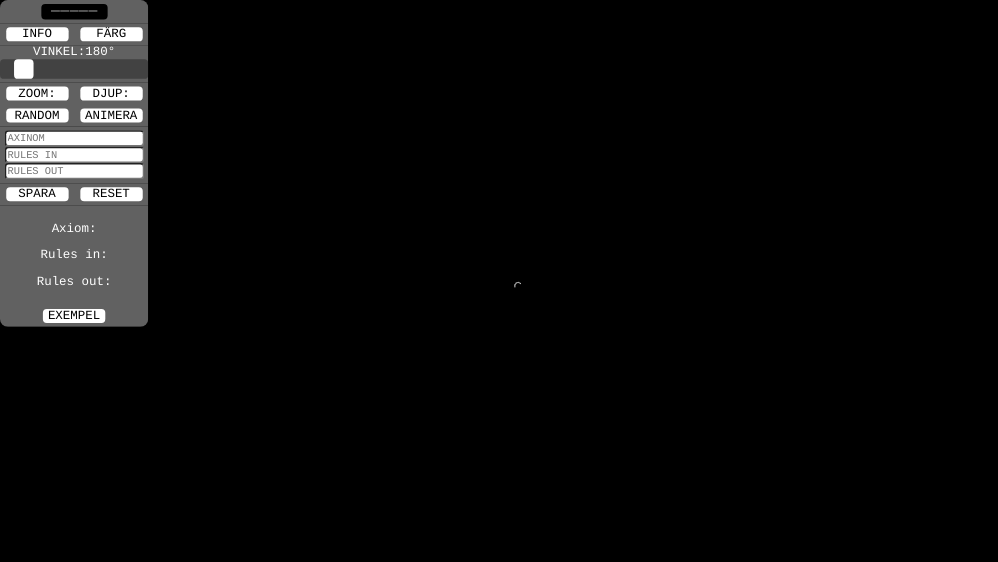
Repository: Gabrielw123/Fraktalgenerator
Page: fraktaler/test/index.html
An editor plug-in stored every save of this project. The page is shown before and after the next save, followed by the edit.
The browser window is 1280 px wide. The pictures show the whole page, at 78% of full size.
Some web libraries are served in a nearby version.

Above is the page before, as saved 2022-01-13 09:59:43.

### fraktaler/test/index.html
<!DOCTYPE html>
<html lang="en">
  <head>
    <meta charset="UTF-8" />
    <meta http-equiv="X-UA-Compatible" content="IE=edge" />
    <meta name="viewport" content="width=device-width, initial-scale=1.0" />
    <link rel="stylesheet" href="style.css" />
    <title>Fraktal Generator</title>
    <script src="https://cdn.jsdelivr.net/npm/p5@1.0.0/lib/p5.js"></script>
    <!--fading-->
    <script
      src="http://ajax.googleapis.com/ajax/libs/jquery/1.7.1/jquery.min.js"
      type="text/javascript"
    ></script>
  </head>
  <body>
    <!--Skapa en canvas-->
    <canvas id="canvas"></canvas>

    <div class="kontroller">
      <div
        style="border-top-left-radius: 10px; border-top-right-radius: 10px"
        onmousedown="return false"
        onselectstart="return false"
        class="grid-container1"
      >
        <div class="grid-item">
          <a class="knappgöm" id="gömknapp" onClick="action();">⏤⏤⏤⏤⏤</a>
        </div>
      </div>

      <div
        onmousedown="return false"
        onselectstart="return false"
        class="grid-container"
        id="göm1"
      >
        <div class="grid-item">
          <a class="knapp" id="infoknapp">INFO</a>
        </div>
        <div class="grid-item">
          <a class="knapp" id="colorknapp" onclick="color();">FÄRG</a>
        </div>
      </div>
      <!--slider vinkel-->
      <div class="slider-container" id="göm2">
        <a onmousedown="return false" onselectstart="return false"
          >VINKEL:<span id="vinkel-out"></span>&deg;</a
        >
        <input type="range" min="0" max="360" class="slider" id="vinkel" />
      </div>

      <div
        onmousedown="return false"
        onselectstart="return false"
        class="grid-container"
        id="göm3"
      >
        <div class="grid-item">
          <a class="knapp" id="längdknapp">ZOOM:<span id="segment_n"></span></a>
        </div>
        <div class="grid-item">
          <a class="knapp" id="djupknapp"
            >DJUP:<span id="generation-out"></span
          ></a>
        </div>

        <div class="grid-item">
          <a class="knapp" id="randomknapp" onclick="random();">RANDOM</a>
        </div>
        <div class="grid-item">
          <a class="knapp" id="animeraknapp" onclick="animera();">ANIMERA</a>
        </div>
      </div>

      <div class="grid-container1" id="göm4">
        <div class="grid-item">
          <input
            style="font-family: courier"
            class="input"
            type="text"
            placeholder="AXINOM"
            id="axiom"
          />
          <input
            style="font-family: courier"
            class="input"
            type="text"
            placeholder="RULES IN"
            id="rules1"
          />
          <input
            style="font-family: courier"
            class="input"
            type="text"
            placeholder="RULES OUT"
            id="rules2"
          />
        </div>
      </div>
      <div
        onmousedown="return false"
        onselectstart="return false"
        class="grid-container"
        id="göm5"
      >
        <div class="grid-item">
          <a class="knapp" id="btn">SPARA</a>
        </div>
        <div class="grid-item">
          <a class="knapp" id="resetknapp" onclick="reset();">RESET</a>
        </div>
      </div>
      <div
        style="
          border-bottom-left-radius: 10px;
          border-bottom-right-radius: 10px;
        "
        class="grid-container1"
        id="göm6"
      >
        <div class="grid-item">
          <p>Axiom:<span id="axiom-out"></span></p>
          <p>Rules in:<span id="rules1-out"></span></p>
          <p>Rules out:<span id="rules2-out"></span></p>
          <p></p>
        </div>
        <div class="grid-item">
          <a
            onmousedown="return false"
            onselectstart="return false"
            class="knapp"
            id="exempelknapp"
            onclick="example();"
            >EXEMPEL</a
          >
        </div>
      </div>

      <!--EXEMPEL-->

      <div
        style="border-radius: 10px"
        onmousedown="return false"
        onselectstart="return false"
        class="grid-container"
        id="göm7"
      >
        <div class="grid-item">
          <a class="knappex" id="Board">Board</a>
        </div>
        <div class="grid-item">
          <a class="knappex" id="Crystal">Crystal</a>
        </div>
        <div class="grid-item">
          <a class="knappex" id="Dragon Curve">Dragon Curve</a>
        </div>
        <div class="grid-item">
          <a class="knappex" id="Hexagonal Gosper">Hexagonal Gosper</a>
        </div>
        <div class="grid-item">
          <a class="knappex" id="Kochcurve">Koch curve</a>
        </div>
        <div class="grid-item">
          <a class="knappex" id="Krishna Anklets">Krishna Anklets</a>
        </div>
        <div class="grid-item">
          <a class="knappex" id="Lévy curve">Lévy curve</a>
        </div>
        <div class="grid-item">
          <a class="knappex" id="L-System Bushes 1">L-System Bushes 1</a>
        </div>
        <div class="grid-item">
          <a class="knappex" id="L-System Bushes 2">L-System Bushes 2</a>
        </div>
        <div class="grid-item">
          <a class="knappex" id="Peano Curve">Peano Curve</a>
        </div>
        <div class="grid-item">
          <a class="knappex" id="Quadratic Snowflake">Quadratic Snowflake </a>
        </div>
        <div class="grid-item">
          <a class="knappex" id="Rings">Rings</a>
        </div>
        <div class="grid-item">
          <a class="knappex" id="Sierpinski Arrowhead">Sierpinski Arrowhead</a>
        </div>
        <div class="grid-item">
          <a class="knappex" id="Sierpinskisquare">Sierpinski Square</a>
        </div>
        <div class="grid-item">
          <a class="knappex" id="Snowflake">Snowflake</a>
        </div>
        <div class="grid-item">
          <a class="knappex" id="Tiles">Tiles</a>
        </div>
        <div class="grid-item">
          <a class="knappex" id="Triangle">Triangle</a>
        </div>
        <div class="grid-item">
          <a class="knappex" id="Von Koch Snowflake">Von Koch Snowflake</a>
        </div>
      </div>
    </div>
    <!--Script-->
    <script src="bruh.js">
      example();
            fraktal.update();
    </script>
  </body>
</html>

### fraktaler/test/style.css
body {
  font-family: "courier", monospace;
  background-color: black;
  color: white;
  text-align: center;
}

.input {
  width: 90%;
  border-radius: 5px;
}
#color {
  color: red;
}
.kontroller {
  width: 190px;
  height: 180px;
  margin: auto;
  position: fixed;
  top: 0%;
  left: 0%;
  right: 100%;
}
.grid-container {
  background: rgba(97, 97, 97, 1);
  display: grid;
  grid-template-columns: auto auto;
}

.grid-container1 {
  background: rgba(97, 97, 97, 1);
  display: grid;
  grid-template-columns: auto;
}
.grid-item {
  text-align: center;
  margin: auto;
  padding-top: 5px;
  padding-bottom: 5px;
}
.grid-item1 {
  text-align: center;
  margin: auto;
  padding-top: 5px;
  padding-bottom: 5px;
  width: 300px;
}
#axiom-out {
  text-align: left;
}
.slider-container {
  background: rgba(97, 97, 97, 1);
  display: grid;
  grid-template-columns: auto;
  width: 100%;
  margin: auto;
  padding-bottom: 5px;
}
.slider {
  -webkit-appearance: none;
  width: 100%;
  height: 25px;
  background: #424242;
  outline: none;
  margin: auto;
  -webkit-transition: 0.2s;
  transition: opacity 0.2s;
  border-radius: 5px;
}

.slider:hover {
  background: #262626;
}

.slider::-webkit-slider-thumb {
  -webkit-appearance: none;
  appearance: none;
  width: 25px;
  height: 25px;
  background: #ffffff;
  cursor: pointer;
  border-radius: 5px;
}

.slider::-moz-range-thumb {
  width: 25px;
  height: 25px;
  background: #04aa6d;
  cursor: pointer;
}

a.knapp {
  display: block;
  background: white;
  color: black;
  width: 80px;
  cursor: pointer;
  border-radius: 5px;
}
a.knapp:hover {
  background: #424242;
  border-radius: 5px;
}

#canvas {
  position: fixed;
  top: 0px;
  left: 0px;
  z-index: -1;
}

a.knappon {
  display: block;
  width: 80px;
  background: #444444;
  color: #ffffff;
  cursor: pointer;
  border-radius: 5px;
}
a.knappex {
  display: block;
  background: white;
  color: black;
  width: 85px;
  cursor: pointer;
  font-size: 15px;
  height: 35px;
  border-radius: 5px;
  text-align: auto;
}
a.knappex:hover {
  background: #424242;
  border-radius: 5px;
}
.span {
  width: 500px;
}
.knappgöm {
  display: block;
  background: black;
  color: white;
  width: 85px;
  height: 20px;
  cursor: pointer;
  font-size: 15px;
  border-radius: 5px;
}
a.knappgöm:hover {
  background: #424242;
  border-radius: 5px;
}

Loaded but not shown: fraktaler/test/bruh.js (762 lines, source omitted)

After the next save:
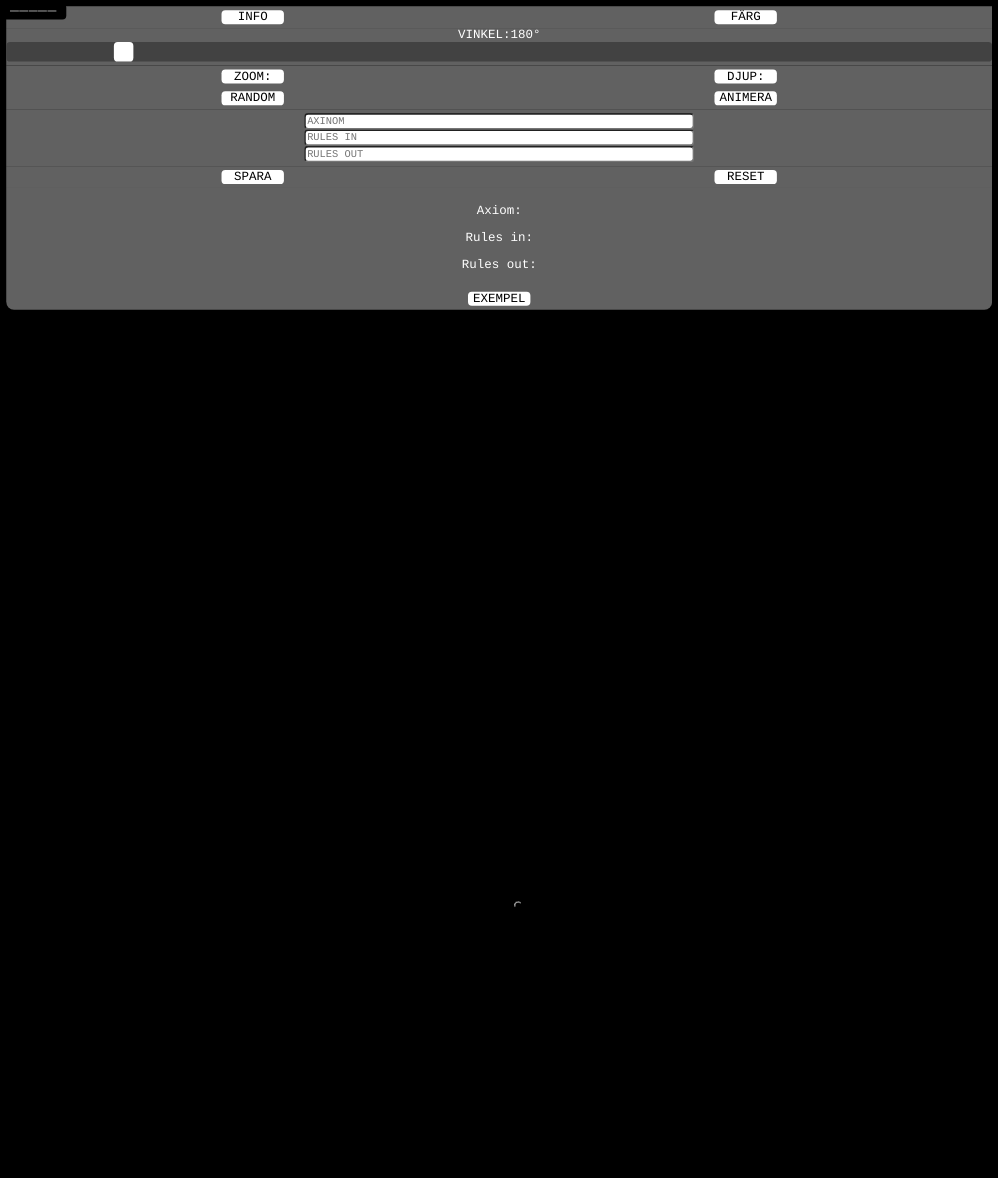
Saved 3 h 9 min later.
--- a/fraktaler/test/index.html
+++ b/fraktaler/test/index.html
@@ -18,12 +18,7 @@
     <canvas id="canvas"></canvas>
 
     <div class="kontroller">
-      <div
-        style="border-top-left-radius: 10px; border-top-right-radius: 10px"
-        onmousedown="return false"
-        onselectstart="return false"
-        class="grid-container1"
-      >
+
         <div class="grid-item">
           <a class="knappgöm" id="gömknapp" onClick="action();">⏤⏤⏤⏤⏤</a>
         </div>

After the save that followed:
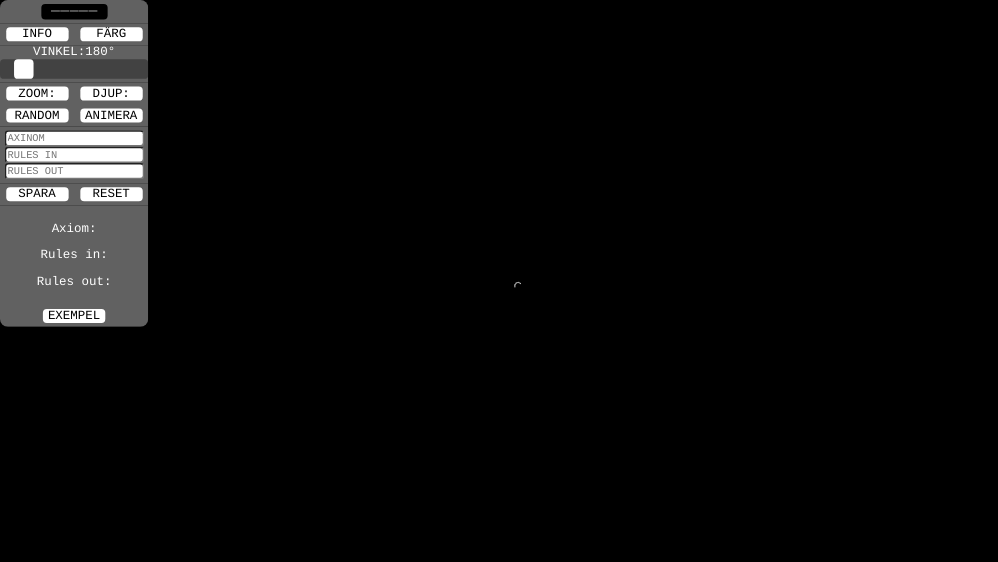
Saved 9 s later.
--- a/fraktaler/test/index.html
+++ b/fraktaler/test/index.html
@@ -18,7 +18,12 @@
     <canvas id="canvas"></canvas>
 
     <div class="kontroller">
-
+      <div
+        style="border-top-left-radius: 10px; border-top-right-radius: 10px"
+        onmousedown="return false"
+        onselectstart="return false"
+        class="grid-container1"
+      >
         <div class="grid-item">
           <a class="knappgöm" id="gömknapp" onClick="action();">⏤⏤⏤⏤⏤</a>
         </div>
